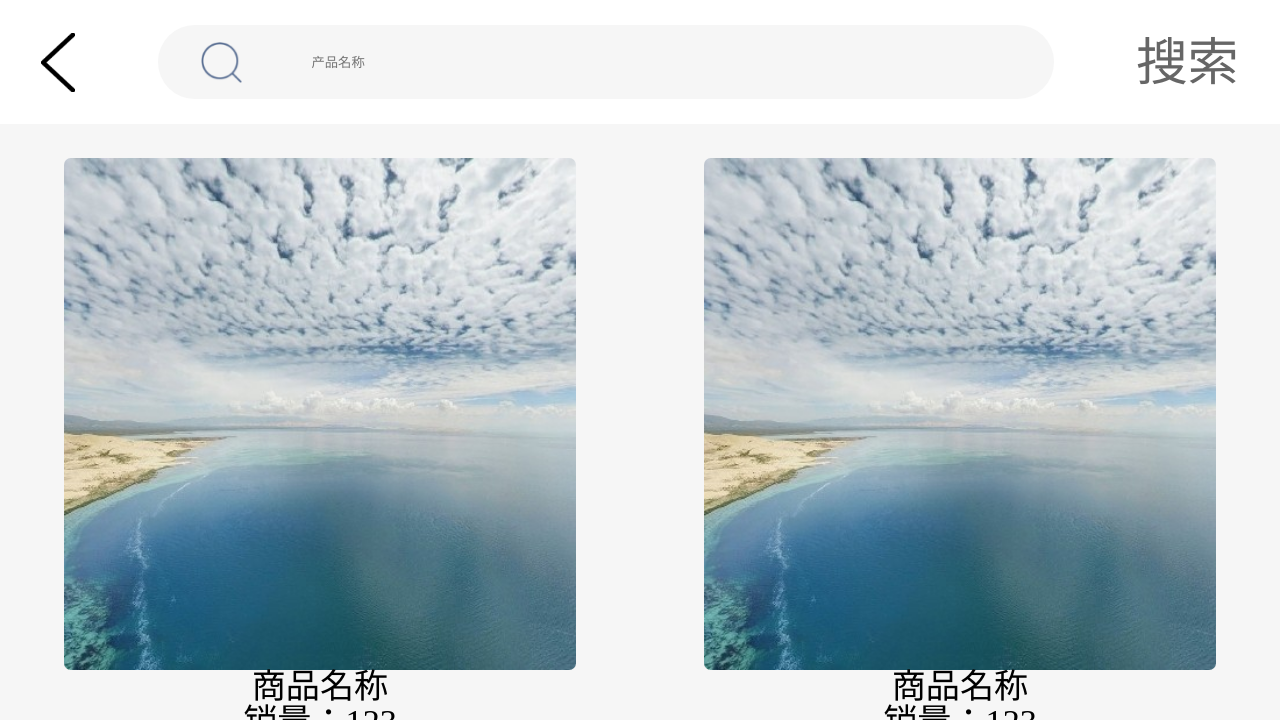
Repository: 421538074/sell
Page: consumer/search.html
These files come from the project's save history. The page is drawn as it stood at one moment and after the next save; the edit follows.
The browser window is 1280 px wide. The pictures show the whole page.
An inner scrolling area shows only its first screen.

Above is the page before, as saved 2019-05-30 09:39:28.

### consumer/search.html
<!DOCTYPE html>
<html lang="en">

<head>
    <meta charset="UTF-8">
    <meta name="viewport" content="width=device-width, initial-scale=1.0">
    <meta http-equiv="X-UA-Compatible" content="ie=edge">
    <title>搜索</title>
    <link rel="stylesheet" href="../css/base.css">
    <link rel="stylesheet" href="css/common.css">
    <link rel="stylesheet" href="css/search.css">
</head>

<body>
    <div id="app" class="content">
        <div class="search-bar-wrapper">
            <img @click="back()" src="../img/back.png" class="back-icon">
            <input v-model="keywords" placeholder="产品名称" type="text" class="search-input">
            <img @click="clearInput" v-show="isShowClearIcon" src="../img/close.png" class="clear-icon">
            <span class="serach-title">搜索</span>
        </div>
        <div class="search-result-wrapper">
            <div v-for="n in 20" class="search-goods-item">
                <img src="../img/1.jpg" class="goods-item-icon">
                <p class="goods-title">商品名称</p>
                <p class="sell-counts">销量：123</p>
                <p class="price-wrapper">
                    <span class="current-price">￥111</span>
                    <span class="original-price">￥120</span>
                </p>
                <p class="shop-title">店铺名称</p>
            </div>
        </div>
    </div>
    <script src="../js/api.js"></script>
    <script src="../js/vue.js"></script>
    <script src="js/vue-mixin.js"></script>
    <script src="js/search.js"></script>
</body>

</html>

### css/base.css
/* http://meyerweb.com/eric/tools/css/reset/
   v2.0 | 20110126
   License: none (public domain)
*/

html,
body,
div,
span,
applet,
object,
iframe,
h1,
h2,
h3,
h4,
h5,
h6,
p,
blockquote,
pre,
a,
abbr,
acronym,
address,
big,
cite,
code,
del,
dfn,
em,
img,
ins,
kbd,
q,
s,
samp,
small,
strike,
strong,
sub,
sup,
tt,
var,
b,
u,
i,
center,
dl,
dt,
dd,
ol,
ul,
li,
fieldset,
form,
label,
legend,
table,
caption,
tbody,
tfoot,
thead,
tr,
th,
td,
article,
aside,
canvas,
details,
embed,
figure,
figcaption,
footer,
header,
hgroup,
menu,
nav,
output,
ruby,
section,
summary,
time,
mark,
audio,
video {
    margin: 0;
    padding: 0;
    border: 0;
    font-size: 100%;
    font: inherit;
    vertical-align: baseline;
}

/* HTML5 display-role reset for older browsers */
article,
aside,
details,
figcaption,
figure,
footer,
header,
hgroup,
menu,
nav,
section {
    display: block;
}

body {
    line-height: 1;
}

ol,
ul {
    list-style: none;
}

blockquote,
q {
    quotes: none;
}

blockquote:before,
blockquote:after,
q:before,
q:after {
    content: '';
    content: none;
}

table {
    border-collapse: collapse;
    border-spacing: 0;
}


body,
html {
    font-size: calc(100vw / 37.5);
    font-family: PingFangSC-Medium;
    background: #F2F2F2;
}


[v-cloak] {
    display: none;
}


hr {
    margin: 0;
    padding: 0;
}

.clearfix {
    zoom: 1;
}

.clearfix:after {
    content: ".";
    display: block;
    visibility: hidden;
    height: 0;
    clear: both;
}

[v-cloak] {
    display: none;
}

### consumer/css/common.css
*{
    box-sizing: border-box;
}
html,body{
    background: #f6f6f6;
}
/**nav bar*/
nav.tool-bar-wrapper {
    height: 3rem;
    background: #ffffff;
    display: flex;
    align-items: center;
    justify-content: space-around;
}
a.nav-item {
    color: #888888;
    text-decoration: none;
    font-size: 1.5rem;
    display: flex;
    flex-direction: column;
    align-items: center;
    justify-content: space-around;
    height: 90%;
}
a.nav-item.active{
    color: #0093FF;
}
img.nav-item-icon{
    width: 1.5rem;
    height: 1.5rem;
}
.search-goods-item {
    width: 45%;
    display: flex;
    align-items: center;
    flex-direction: column;
    margin-bottom: 1rem;
}

### consumer/css/search.css
html,body,div.content{
    height: 100%;
}
div.content{
    display: flex;
    flex-direction: column;
}
.search-bar-wrapper {
    height: 4.5rem;
    display: flex;
    align-items: center;
    justify-content: space-around;
    background: #ffffff;
}
input.search-input {
    width: 70%;
    border: none;
    height: 60%;
    border-radius: 10rem;
    background: url(../../img/search-icon.png) no-repeat;
    background-size: 1.2rem;
    background-position: 5% center;
    background-color: #F6F6F6;
    padding-left: 12%;
    padding-right: 10%;
    outline: 0;
}
input.search-inpug::-webkit-input-placeholder {
    color: #A9B7CE;
}
span.serach-title {
    color: #666666;
    font-size: 1.5rem;
}
img.back-icon {
    width: 1rem;
    height: auto;
}
img.clear-icon {
    position: absolute;
    width: 1.5rem;
    height: auto;
    right: 20%;
}
img.goods-item-icon {
    width: 40vw;
    height: 40vw;
    border-radius: 0.2rem;
}
.search-result-wrapper {
    display: flex;
    align-items: center;
    justify-content: space-around;
    flex-wrap: wrap;
    overflow: scroll;
    height: 100%;
    padding: 1rem 0;
}

### js/api.js



// window.warn = {
//     alert: function alert(msg) {
//         var template = `
// `
//         $('body').append(template);
//         $('.alert-body').animate({
//             top: "40px"
//         }, 200);
//         // setTimeout(function () {
//         //     warn.close();
//         // }, 1500);
//     },
//     close: function close() {
//         $('.alert-body').animate({
//             top: "-280px"
//         }, 200);
//         setTimeout(function () {
//             $('#alert-msg').remove();
//         }, 200);
//     }
// };

### consumer/js/vue-mixin.js
Vue.mixin({
    methods: {
        /**
         * 返回
         */
        back() {
            history.go(-1);
        },
        /**
         * 限制长度
         * @param {String} 要限制长度的字段
         * @param {Number} 长度
         */
        limitLength(key, length) {
            this[key] = this[key].substring(0, length);
        },
        /**
         * 验证11位手机号
         * @param {Number} phone
         */
        validatePhone(phone) {
            const phoneReg = /^[1-9][0-9]{9}[0-9]$/;
            return phoneReg.test(phone);
        },
        /**
         * 发送手机验证码
         * @param {Number} waitTimeKey 等待时间键名
         * @param {String} tipsKey 发送验证码显示的信息的键名
         * @param {String} phoneKey 手机号键名
         * @param {String} reSendMsg  按钮默认显示的文字
         */
        sendCode(waitTimeKey, tipsKey, phoneKey, defaultMsg) {
            if (!this.validatePhone(this[phoneKey])) {
                alert('无效手机号!');
                return;
            }
            if (this[waitTimeKey] == 60) {
                $.post('', {
                        phone: this[phoneKey]
                    }, (res) => {
                        if (res.status == 1) {
                            const interval = setInterval(() => {
                                if (this[waitTimeKey] == 1) {
                                    this[waitTimeKey] = 60;
                                    this[tipsKey] = defaultMsg;
                                    clearInterval(interval);
                                    return;
                                }
                                this[waitTimeKey] -= 1;
                                this[tipsKey] = `${this[waitTimeKey]}s`;
                            }, 1000);
                        } else {
                            alert('发送失败!');
                        }
                    }, 'json')
                    .fail(err => {
                        alert('服务器异常!');
                    });
            }
        },
        /**
         * 链接跳转
         * @param {String} url
         */
        linkTo(url) {
            window.location.href = url;
        }
    },
    filters: {

    }
})

### consumer/js/search.js
new Vue({
    el:'#app',
    data() {
        return {
            // 是否显示清空图标
            isShowClearIcon:false,
            keywords:''
        }
    },
    methods: {
        clearInput() {
            this.keywords = '';
        }
    },
    watch: {
        keywords() {
            if(this.keywords.length > 0) {
                this.isShowClearIcon = true;
            }
            else {
                this.isShowClearIcon = false;
            }
        }
    },
});

Loaded but not shown: js/vue.js (library)

After the next save:
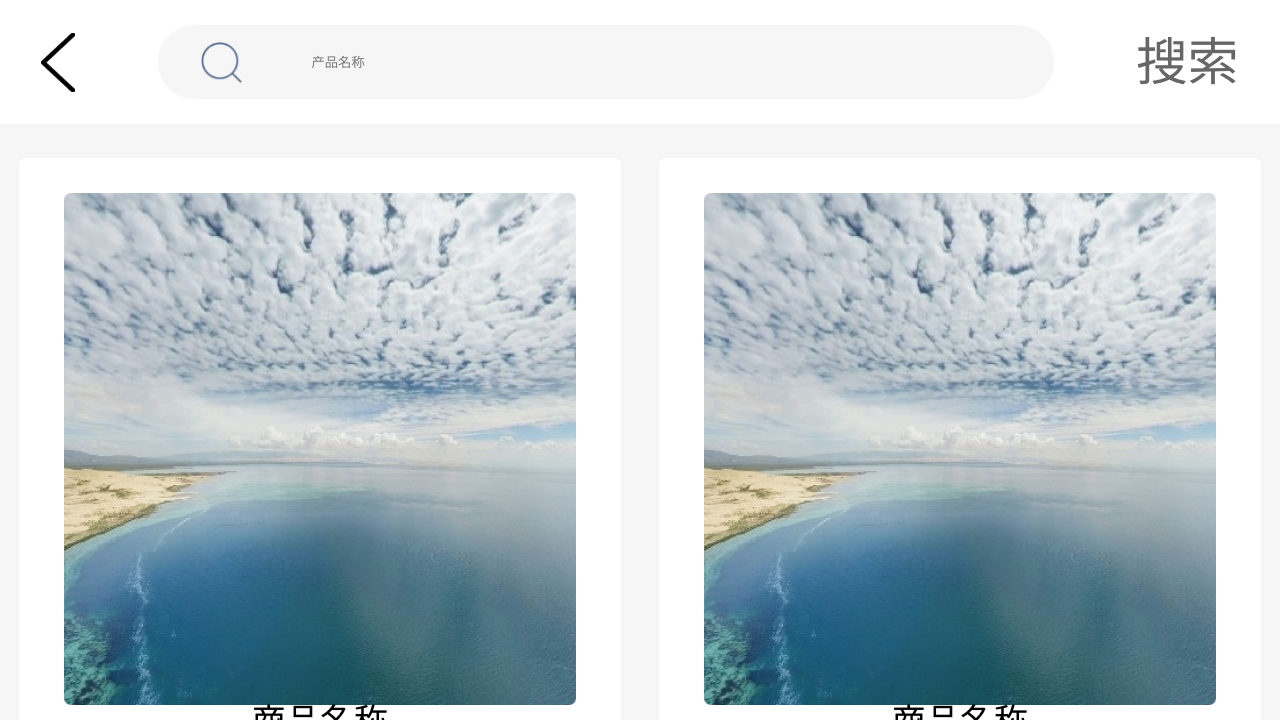
Saved 75 s later.
--- a/consumer/css/common.css
+++ b/consumer/css/common.css
@@ -30,9 +30,12 @@ img.nav-item-icon{
     height: 1.5rem;
 }
 .search-goods-item {
-    width: 45%;
+    width: 47%;
     display: flex;
     align-items: center;
     flex-direction: column;
     margin-bottom: 1rem;
+    background: #ffffff;
+    padding: 1rem;
+    border-radius: 0.2rem;
 }
